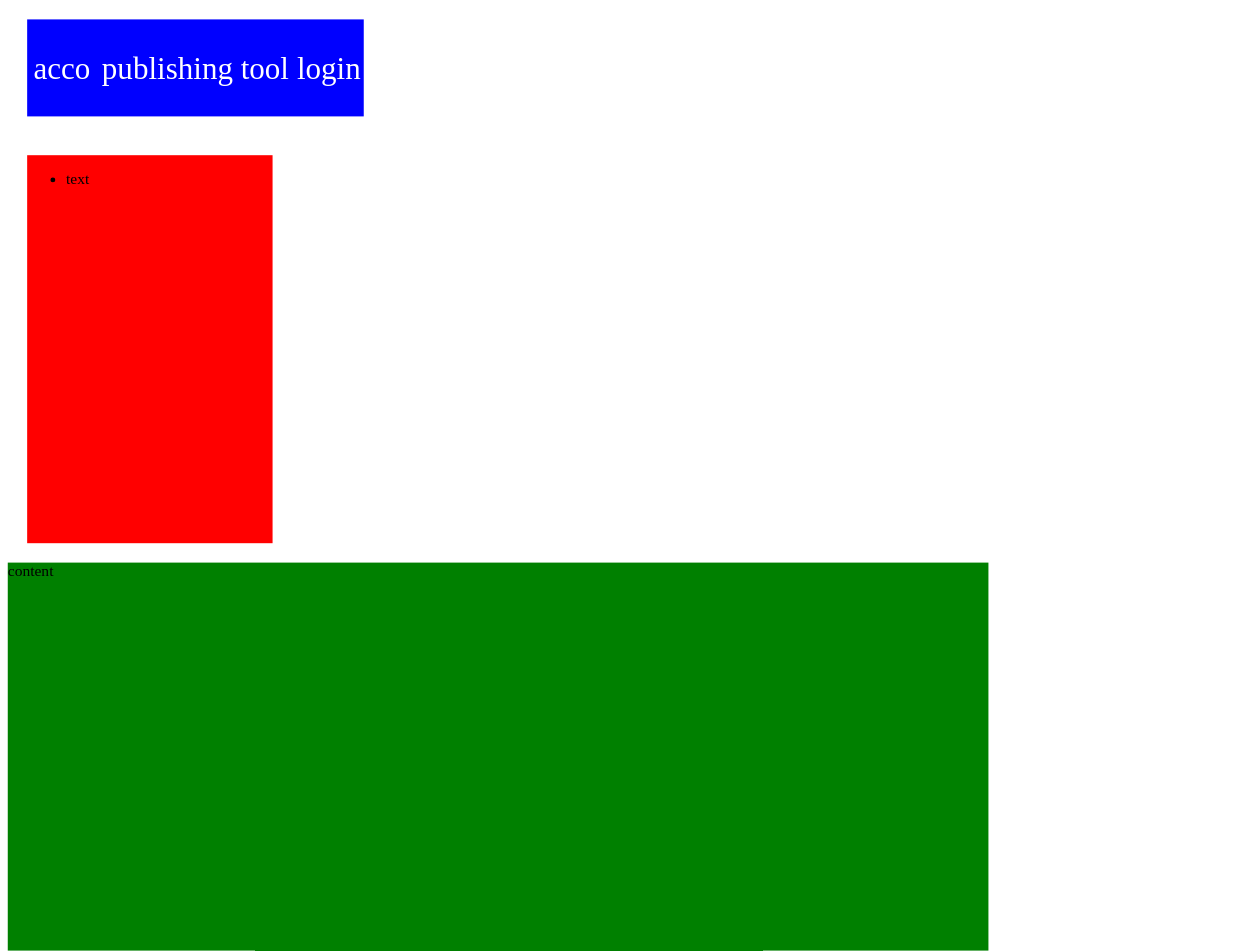
Repository: wimkinnet/Acco_Publish
Page: index.html
The author's editor kept a record of every edit. The page is drawn from the files as they stood at one moment, then again after the next edit.
The browser window is 1280 px wide. The pictures show the whole page, at 97% of full size.

Above is the page before.

After the next edit:
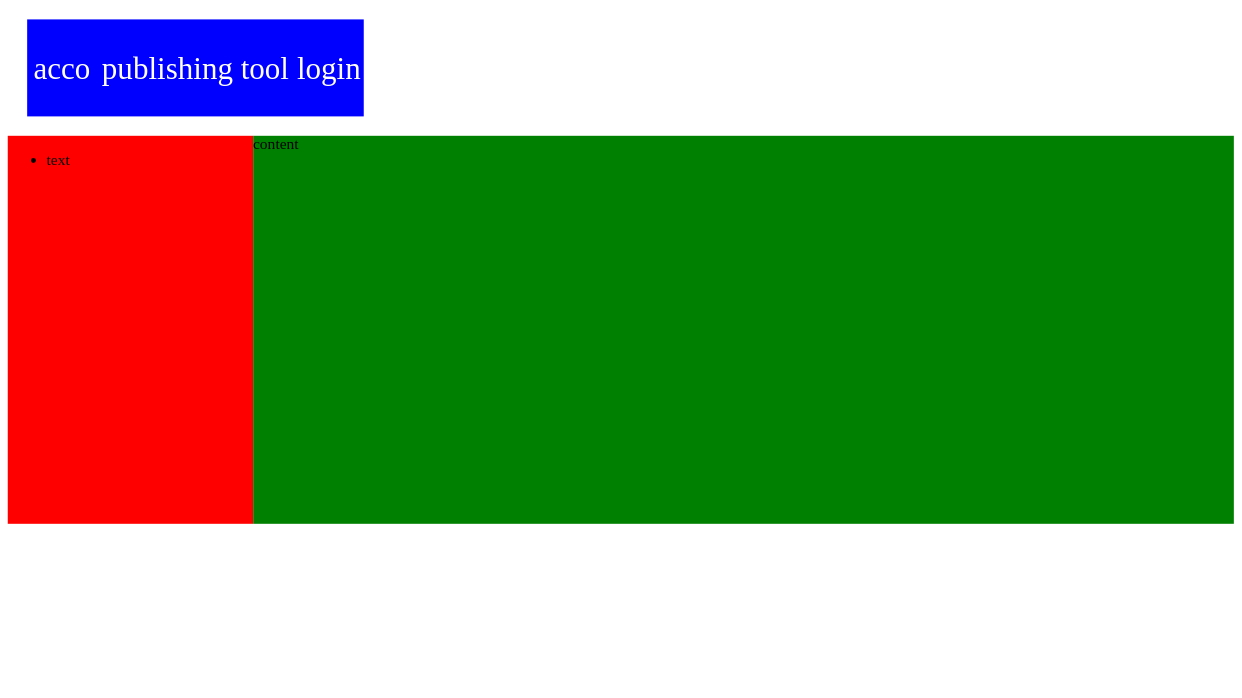
The edit:
--- a/index.html
+++ b/index.html
@@ -28,7 +28,6 @@
         height: 400px;
         width: 20%;
         background: red;
-        margin: 20px;
       }
       article {
         float: left;
